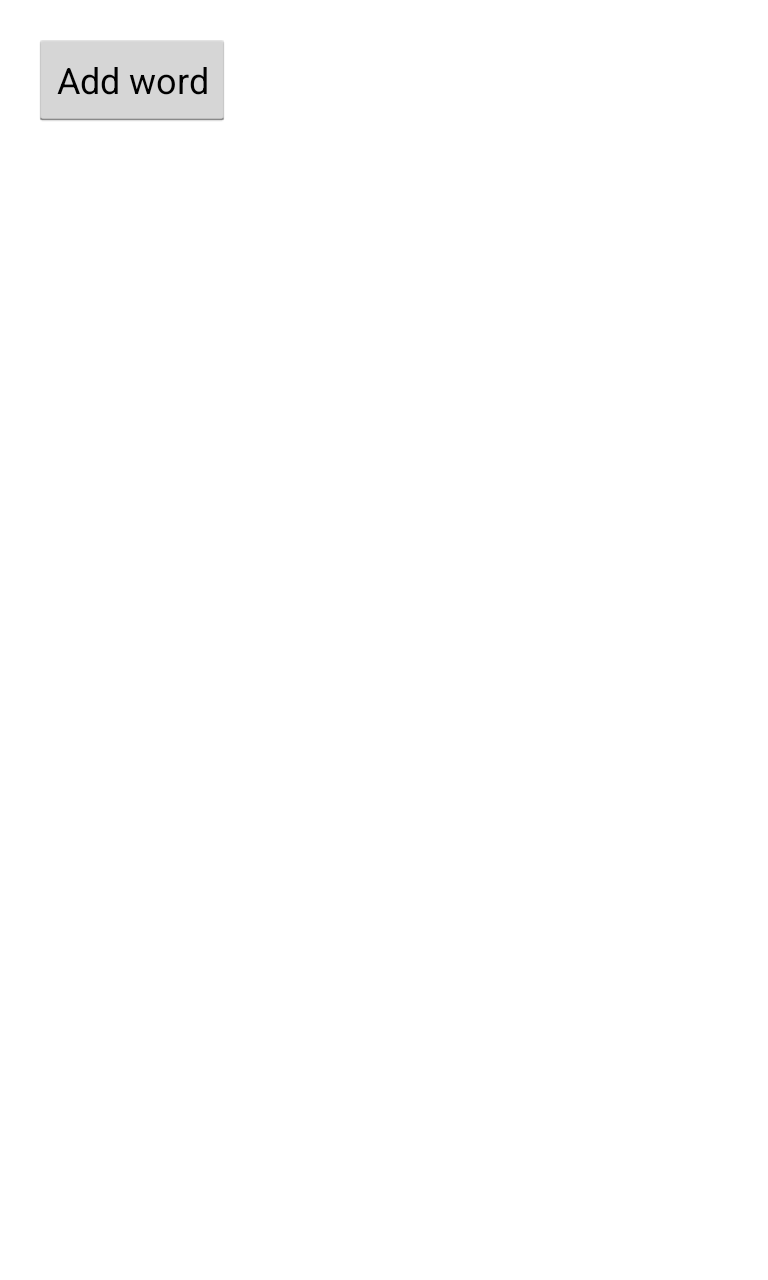
Repository: askiba/QuickWord
Layout: app/QuickWord/res/layout/activity_main.xml
An editor plug-in stored every save of this project. The layout is shown before and after the next save, followed by the edit.
It is drawn on a 768 x 1280 px phone screen (xhdpi) without system bars, with theme AppTheme; the app's code is not run.

Above is the layout before, as saved 2013-05-05 19:52:14.

After the next save:
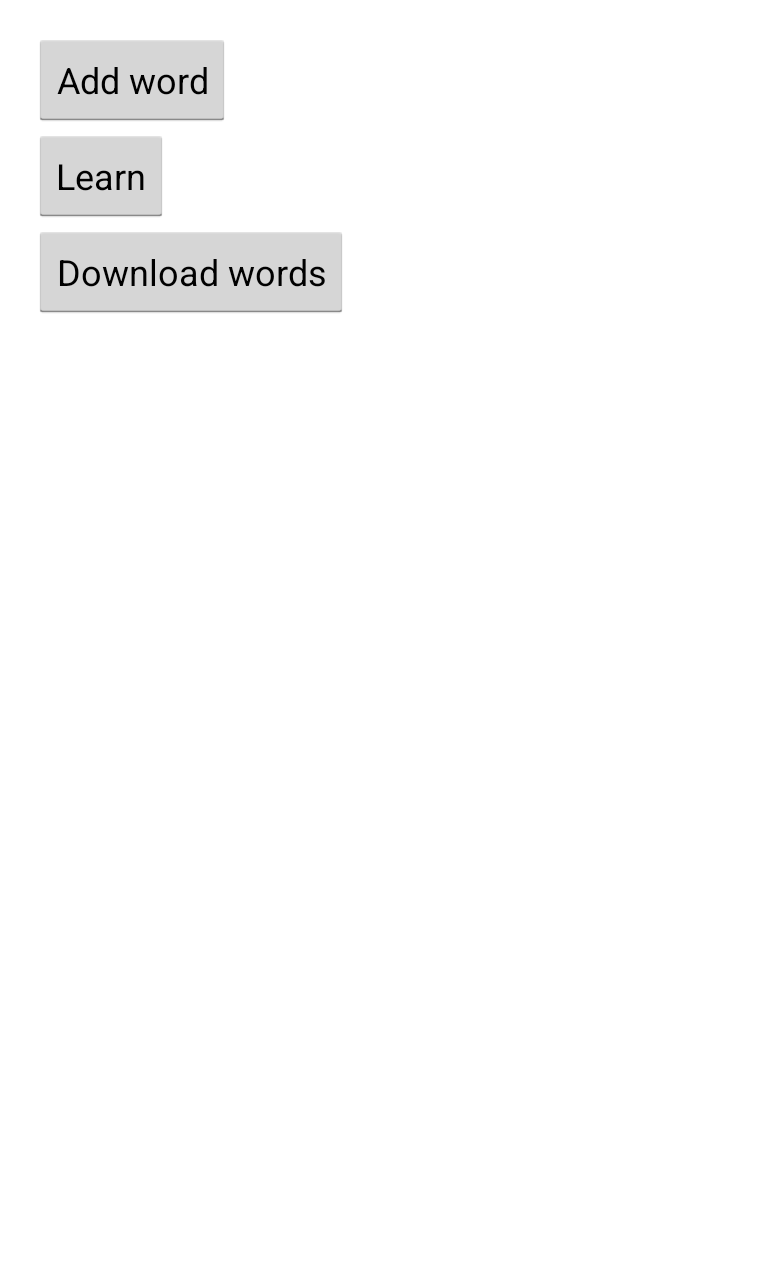
Saved 14 s later.
--- a/app/QuickWord/res/layout/activity_main.xml
+++ b/app/QuickWord/res/layout/activity_main.xml
@@ -1,4 +1,4 @@
-<RelativeLayout xmlns:android="http://schemas.android.com/apk/res/android"
+<LinearLayout xmlns:android="http://schemas.android.com/apk/res/android"
     xmlns:tools="http://schemas.android.com/tools"
     android:layout_width="match_parent"
     android:layout_height="match_parent"
@@ -6,6 +6,7 @@
     android:paddingLeft="@dimen/activity_horizontal_margin"
     android:paddingRight="@dimen/activity_horizontal_margin"
     android:paddingTop="@dimen/activity_vertical_margin"
+    android:orientation="vertical"
     tools:context=".MainActivity" >
 
     <Button
@@ -14,4 +15,16 @@
      android:text="@string/add_word"
      android:onClick="addWord" />
 
-</RelativeLayout>
+    <Button
+     android:layout_height="wrap_content"
+     android:layout_width="wrap_content"
+     android:text="@string/learn"
+     android:onClick="learn" />
+
+    <Button
+     android:layout_height="wrap_content"
+     android:layout_width="wrap_content"
+     android:text="@string/download"
+     android:onClick="download" />
+
+</LinearLayout>
